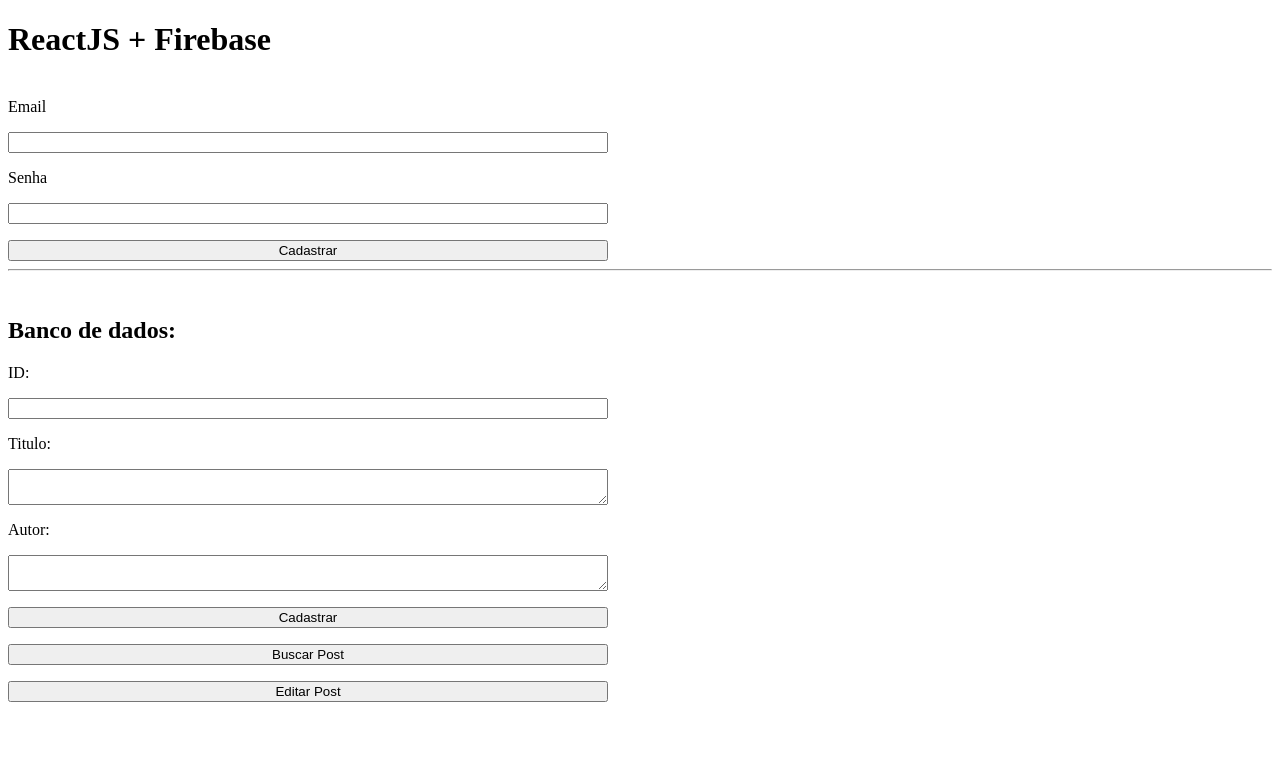
Repository: joaoaspimienta/Estudos-de-firebase
Page: /
The author's editor kept a copy of each file at every save. The page is drawn from the files as they stood at one save, then again after the next save.
The browser window is 1280 px wide. The pictures show the whole page.
The project was rebuilt for these pictures with package versions that can differ from the ones it lists, and the page was loaded fresh each time.

Above is the page before, as saved 2022-06-14 20:23:07.

After the next save:
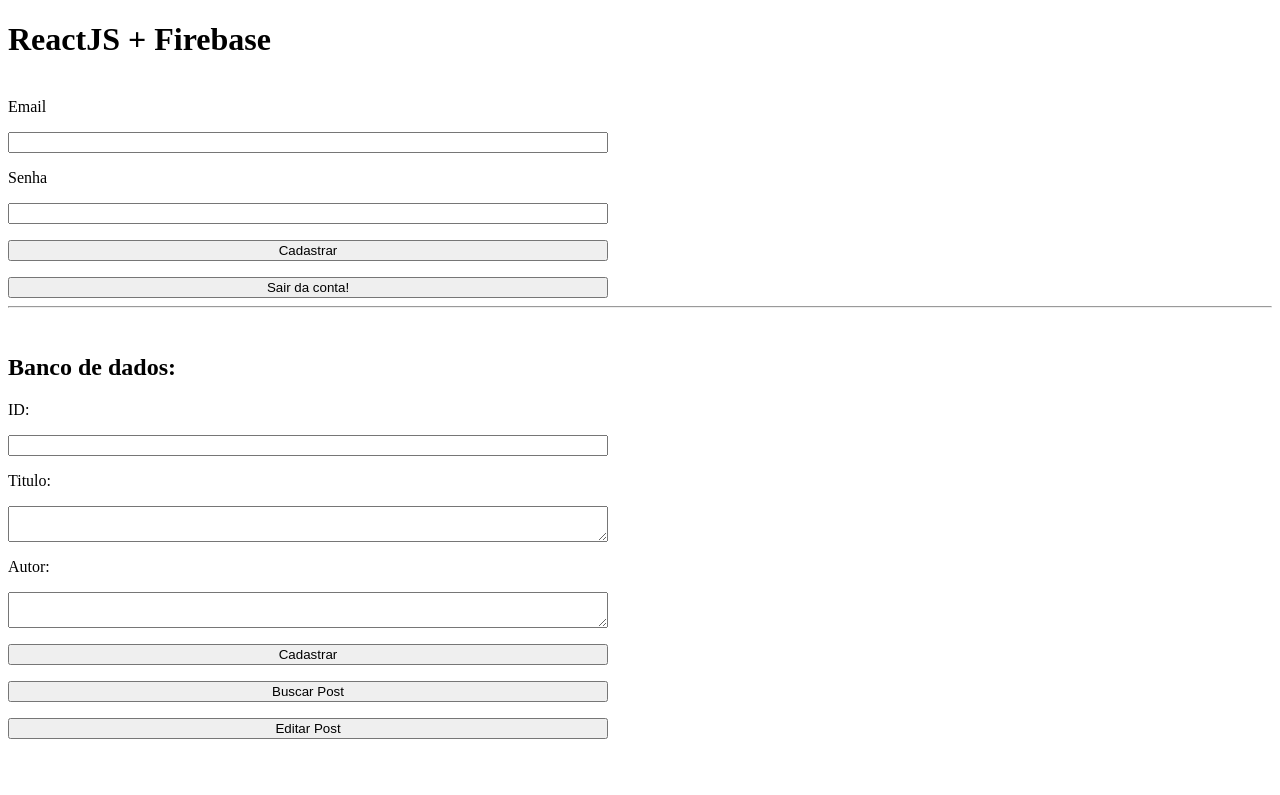
Saved 66 s later.
--- a/src/App.js
+++ b/src/App.js
@@ -163,6 +163,7 @@
           onChange={(e) => setSenha(e.target.value)}
         />
         <button onClick={novoUsuario}>Cadastrar</button>
+        <button onClick={logout}>Sair da conta!</button>
       </div>
       <hr /> <br />
       <h2>Banco de dados:</h2>
